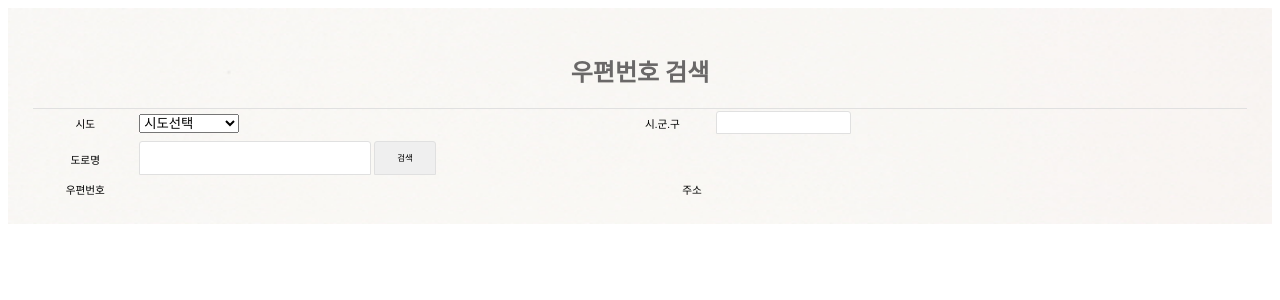
Repository: keepsus/gaebokchi
Page: http://localhost/uzuslime/member/memberCheckPost.jsp
These files come from the project's save history. The page is drawn as it stood at one moment and after the next save; the edit follows.
The browser window is 1280 px wide. The pictures show the whole page.
The page is served by Tomcat 9. Nobody is signed in. The application's start-up code is not run. Other server files are loaded and not shown.

Above is the page before, as saved 2021-02-12 11:55:58.

### uzuslime/src/main/webapp/member/memberCheckPost.jsp
<%@ page language="java" contentType="text/html; charset=UTF-8"
    pageEncoding="UTF-8"%>
<%@ taglib prefix="c" uri="http://java.sun.com/jsp/jstl/core" %>

<!DOCTYPE html>
<html>
<head>
<meta charset="UTF-8">
<title>우편번호 검색</title>
<link rel="stylesheet" href="../css/member.css">
  <link rel="stylesheet" href="/slime/css/memberCheckPost.css">
</head>
<body>
<form id="memberCheckPostForm">
<div class="checkPost">
<h2 style="text-align:center; color:rgba(63, 62, 62, 0.774); margin-botton:30px;">우편번호 검색</h2>
<table id="checkPostTable" width="100%" cellpadding="2" cellspacing="0">
<tr>
	<td width="100" align="center">시도</td>
	<td>
		<select name="sido" id="sido" style="width: 100px;">
				<option>시도선택</option>
				<option value="서울">서울</option>
				<option value="인천">인천</option>
				<option value="대전">대전</option>
				<option value="대구">대구</option>
				<option value="울산">울산</option>
				<option value="세종">세종</option>
				<option value="광주">광주</option>
				<option value="경기">경기</option>
				<option value="강원">강원</option>
				<option value="전남">전남</option>
				<option value="전북">전북</option>
				<option value="경남">경남</option>
				<option value="경북">경북</option>
				<option value="충남">충남</option>
				<option value="충북">충북</option>
				<option value="부산">부산</option>
				<option value="제주">제주</option>
			</select>
	</td>
	<td align="center" width="100">시.군.구</td>
	<td><input type="text" name="sigungu" id="sigungu"></td>
</tr>

<tr>
	<td align="center">도로명</td>
	<td colspan="3">
		<input type="text" name="roadname" id="roadname" size="35">
		<input type="button" id="checkPostSearchBtn" value="검색">
	</td>
</tr>

<tr>
	<td align="center">우편번호</td>
	<td colspan="3" align="center">주소</td>

</tr>
<div style="height: auto; width: 100%; border-bottom:1px solid #e0e0e0;">
</table>
</div>
</form>
<script type="text/javascript" src="https://code.jquery.com/jquery-3.5.1.min.js"></script>
<script type="text/javascript" src="/slime/js/member.js"></script>
</body>
</html>

### uzuslime/src/main/webapp/css/member.css
@charset "UTF-8";
td {
	font-size: 8pt;
}

#addressA:link {color: black; text-decoration: none;}
#addressA:visited {color: black; text-decoration: none;}
#addressA:hover {color: blue; text-decoration: underline;}
#addressA:active {color: black; text-decoration: none;}

### uzuslime/src/main/webapp/css/memberCheckPost.css
.checkPost {
	padding : 2%;

}



.checkPostSearchBtn{
	border-radius: 3px 3px 0 0;
    border: 1px solid #8393a7;
    background-color: #8393a7;
    font-size: 80%;
    color :white;
    cursor:pointer;
}

input {
	padding: 1% 2%;
    line-height: 1.2;
    border-radius: 3px 3px 0 0;
    border: 1px solid #e0e0e0;
    font-size: 80%;
    margin-bottom: 3px;
}

.checkPost {
	background-image: url("/slime/image/img6_1.jpg");
    background-size:cover;
}

### uzuslime/src/main/webapp/js/member.js
//로그인
$('#loginBtn').click(function(){
	$('#loginIdDiv').empty();
	$('#loginPwdDiv').empty();

	if($('#loginId').val()==''){
		$('#loginIdDiv').text('아이디를 입력')
						.css('color','red')
						.css('font-size','8pt')
						.css('font-weight','bold');

	}else if($('#loginPwd').val()==''){
		$('#loginPwdDiv').text('비밀번호를 입력')
						 .css('color','red')
						 .css('font-size','8pt')
						 .css('font-weight','bold');
	}else{
		$.ajax({
			type : 'post',
			url: '/slime/member/login',
			data: {'member_id': $('#loginId').val(), 'pwpwpw': $('#loginPwd').val()},

			dataType: 'text',
			success: function(data){
				if(data == 'success'){
					location.href = '/slime/index.jsp';

				}else if(data == 'fail'){

					alert('잘못된 정보입니다. 다시 입력해주세요.');
				}
			},//success
			error: function(err){
				console.log(err);
			}//error

		});//ajax
	}//else
});//click

//회원가입
$('#writeBtn').click(function(){
	$('#nameDiv').empty();
	$('#idDiv').empty();
	$('#pwdDiv').empty();
	$('#repwdDiv').empty();
	$('#emailDiv').empty();
	var idReg = /^[A-za-z0-9]/g;
	//아이디 한글못넣게 하는 것
	//[영문 대문자 또는 소문자로 시작하는 아이디, 끝날때 제한 없음]

	//if($('#name').val()==''){ -> 방법 1
	//if($('input[id=member_name]').val()==''){ -> 방법 2
	//id 속성이용은 2가지 방법 모두 가능
	if($('input[id=member_name]').val()==''){
		$('#nameDiv').text('이름을 입력하세요');
		$('#nameDiv').css('color','red');
		$('#nameDiv').css('font-size','8pt');
		$('#nameDiv').css('font-weight','bold');

	}else if($('#member_id').val()==''){	//id 속성이용
		$('#idDiv').text('아이디를 입력하세요');
		$('#idDiv').css('color','red');
		$('#idDiv').css('font-size','8pt');
		$('#idDiv').css('font-weight','bold');

	}else if( !idReg.test( $("input[id=member_id]").val() ) ){
		$('#idDiv').text('아이디는 영문자로 시작하는 6~20자 영문자 또는 숫자이어야 합니다.');
		$('#idDiv').css('color','red');
		$('#idDiv').css('font-size','8pt');
		$('#idDiv').css('font-weight','bold');

	}else if($('input[name=member_pw]').val()==''){
		$('#pwdDiv').text('비밀번호를 입력하세요')
		$('#pwdDiv').css('color','red')
		$('#pwdDiv').css('font-size','8pt')
		$('#pwdDiv').css('font-weight','bold');

	}else if($('input[name=repw]').val() != $('input[name=member_pw]').val()){
		$('#repwdDiv').text('비밀번호가 맞지 않습니다')
		$('#repwdDiv').css('color','red')
		$('#repwdDiv').css('font-size','8pt')
		$('#repwdDiv').css('font-weight','bold');

	}else if($('#member_id').val() != $('#check').val()){
		$('#idDiv').text('중복체크 하세요')
		$('#idDiv').css('color','red')
		$('#idDiv').css('font-size','8pt')
		$('#idDiv').css('font-weight','bold');

	}else if($('input[name=email1]').val()==''||$('input[name=email2]').val()==''){
		$('#emailDiv').text('이메일을 입력하세요')
		$('#emailDiv').css('color','red')
		$('#emailDiv').css('font-size','8pt')
		$('#emailDiv').css('font-weight','bold');

	}else{
		$('form[name=memberWriteForm]').submit();
	}
});

//중복 아이디 체크
$('#member_id').focusout(function(){
	if($('#member_id').val()==''){
		$('#idDiv').text('먼저 아이디를 입력하세요')
		$('#idDiv').css('color','magenta')
		$('#idDiv').css('font-size','8pt')
		$('#idDiv').css('font-weight','bold');

	}else{
		$.ajax({
			type: 'post',
			url: '/slime/member/checkId',
			data: 'member_id='+$('#member_id').val(),
			dataType: 'text',
			success: function(data){
				if(data == 'exist'){
					$('#idDiv').text('사용 불가능')
					$('#idDiv').css('color','magenta')
					$('#idDiv').css('font-size','8pt')
					$('#idDiv').css('font-weight','bold');

				}else if(data == 'non_exist'){
					$('#check').val($('#member_id').val());

					$('#idDiv').text('사용 가능')
					$('#idDiv').css('color','blue')
					$('#idDiv').css('font-size','8pt')
					$('#idDiv').css('font-weight','bold');
				}
			}
		});
	}
});

//우편번호
$('#checkPostBtn').click(function(){
	window.open("/slime/member/memberCheckPost", "zipcode", "width=700 height=500 scrollbars=yes");
});

$('#checkPostSearchBtn').click(function(){
	$.ajax({
		type: 'post',
		url: '/slime/member/checkPostSearch',
		data: $('#memberCheckPostForm').serialize(),	//serialize : '변수=값&변수=값'
		dataType: 'json',
		success: function(data){
			//alert(JSON.stringify(data));

			$('#checkPostTable tr:gt(2)').remove();

			$.each(data.list, function(index, items){
				var address = items.sido+' '
							+ items.sigungu+' '
							+ items.yubmyundong+' '
							+ items.ri+' '
							+ items.roadname+' '
							+ items.buildingname;

				address = address.replace(/null/g, '');

				$('<tr/>').append($('<td/>',{
					align: 'center',
					text: items.zipcode

				})).append($('<td/>',{
					colspan: '3',
					}).append($('<a/>',{
						href: '#',
						id: 'addressA',
						text: address
					}))
				).appendTo($('#checkPostTable'));
			});//each

			$('a').click(function(){
				//alert($(this).prop('tagName'));
				//alert($(this).parent().prev().text());

				$('#postcode', opener.document).val($(this).parent().prev().text());
				$('#address', opener.document).val($(this).text());
				$('#detailAddress', opener.document).focus();
				window.close();
			});
		},
		error: function(err){
			console.log(err);
		}
	});
});

//회원정보수정
$('#modifyBtn').click(function(){
	$('#nameDiv').empty();
	$('#pwdDiv').empty();
	$('#repwdDiv').empty();

	if($('#member_name').val()==''){
		$('#nameDiv').text('이름을 입력하세요');
		$('#nameDiv').css('color','red');
		$('#nameDiv').css('font-size','8pt');
		$('#nameDiv').css('font-weight','bold');

	}else if($('input[name=member_pw]').val()==''){
		$('#pwdDiv').text('비밀번호를 입력하세요')
		$('#pwdDiv').css('color','red')
		$('#pwdDiv').css('font-size','8pt')
		$('#pwdDiv').css('font-weight','bold');

	}else if($('input[name=repw]').val() != $('input[name=member_pw]').val()){
		$('#repwdDiv').text('비밀번호가 맞지 않습니다')
		$('#repwdDiv').css('color','red')
		$('#repwdDiv').css('font-size','8pt')
		$('#repwdDiv').css('font-weight','bold');

	}else{
		$.ajax({
			type: 'post',
			url: '/slime/member/modify',
			data: $('#memberModifyForm').serialize(),	//serialize : '변수=값&변수=값'
			success: function(){
				alert('회원정보수정 완료');
				location.href='/slime/mypage/myPageOrder.jsp';
			},
			error: function(err){
				console.log(err);
			}
		});
	}
});

//아이디 찾기
$('#searchBtn').click(function(){
	$.ajax({
		type: 'post',
		url: '/slime/member/memberIdSearch',
		data: $('#memberSearch').serialize(),
		dataType: 'text',
		success: function(data){
			alert("회원님의 ID는 "+data+" 입니다");
			location.href='/slime/index.jsp';
		},
		error: function(err){
			alert("틀린 정보입니다. 다시 확인해주세요.")
			console.log(err);
		}
	});
});


//이메일 인증 보내기
$('#emailBtn').click(function(){
	$('#emailDiv').empty();
	if($('input[name=email1]').val()==''||$('input[name=email2]').val()==''){
		$('#emailDiv').text('이메일을 입력하세요');
		$('#emailDiv').css('color','red');
		$('#emailDiv').css('font-size','8pt');
		$('#emailDiv').css('font-weight','bold');

	}else{
		$.ajax({
			type: 'post',
			url: '/slime/member/sendEmail',
			data: 'e_mail='+$('#email1').val()+'@'+$('#email2').val(),
			dataType: 'json',
			success: function(data){
				$('#emailDiv').text('이메일이 발송되었습니다. 인증번호를 입력헤주세요');
				$('#emailDiv').css('color','red');
				$('#emailDiv').css('font-size','8pt');
				$('#emailDiv').css('font-weight','bold');
				console.log('이메일 data ='+ JSON.stringify(data));//data가 들어오는것인가?이상한게 찍힌다.
				$('#checkEmailR').val(data.dice);//받은 인증번호를 jsp에 있는 hidden 속성에 넣어주기
			},
			error: function(err){
				console.log(err);
			}
		});
	}

});


//이메일 인증번호 확인
$('#emailCheckBtn').click(function(){
	$('#emailDiv').empty();

	if($('input[id=checkEmail]').val()==''){
		$('#emailDiv').text('이메일 인증번호를 입력해주세요 ')
		$('#emailDiv').css('color','magenta')
		$('#emailDiv').css('font-size','8pt')
		$('#emailDiv').css('font-weight','bold');

	}else{
		if
		(document.getElementById('checkEmail').value == document.getElementById('checkEmailR').value){
			$('#emailDiv').text('인증되었습니다.')
			$('#emailDiv').css('color','magenta')
			$('#emailDiv').css('font-size','8pt')
			$('#emailDiv').css('font-weight','bold');
		}else if
		(document.getElementById('checkEmail').value != document.getElementById('checkEmailR').value){
			$('#emailDiv').text('인증번호가 맞지 않습니다.')
			$('#emailDiv').css('color','magenta')
			$('#emailDiv').css('font-size','8pt')
			$('#emailDiv').css('font-weight','bold');
		}
	}

});

After the next save:
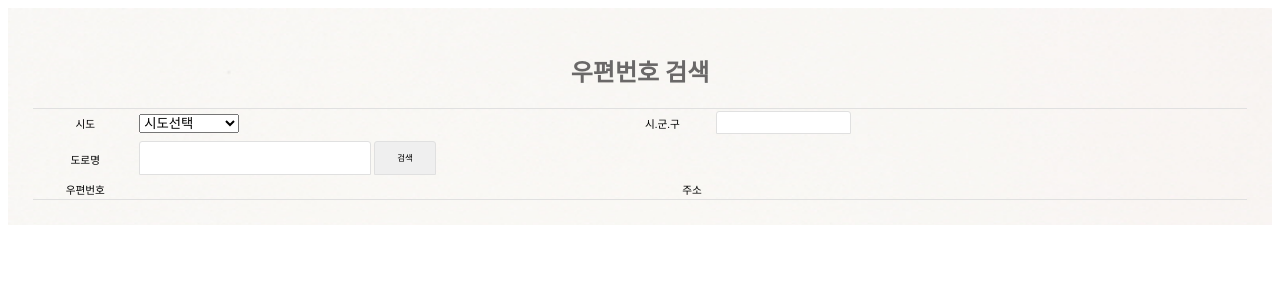
Saved 17 s later.
--- a/uzuslime/src/main/webapp/member/memberCheckPost.jsp
+++ b/uzuslime/src/main/webapp/member/memberCheckPost.jsp
@@ -13,6 +13,7 @@
 <body>
 <form id="memberCheckPostForm">
 <div class="checkPost">
+<div style="height: auto; width: 100%; border-bottom:1px solid #e0e0e0;">
 <h2 style="text-align:center; color:rgba(63, 62, 62, 0.774); margin-botton:30px;">우편번호 검색</h2>
 <table id="checkPostTable" width="100%" cellpadding="2" cellspacing="0">
 <tr>
